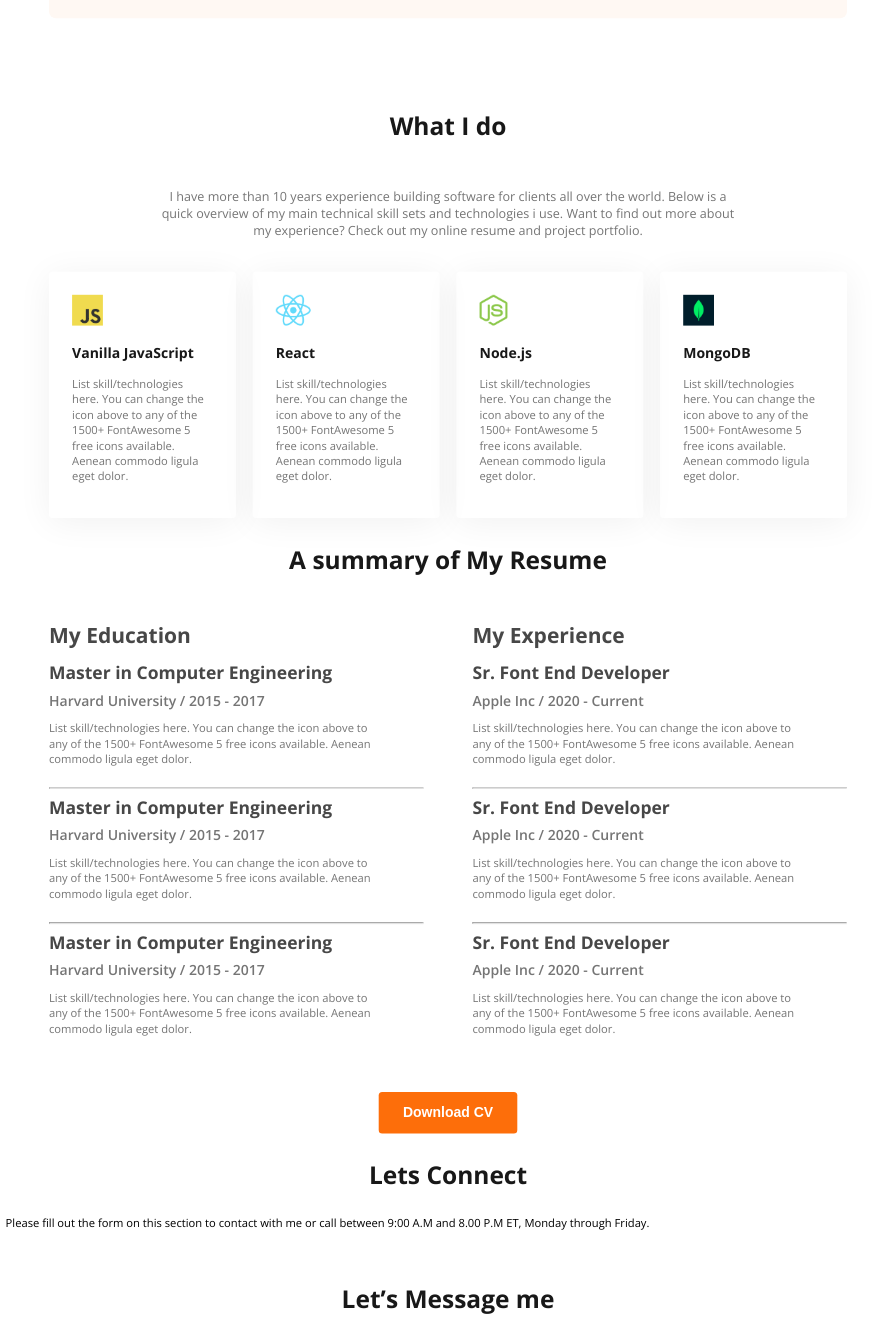
Repository: ShouravAhammed/Simple-Portfolio-Webpage
Page: index.html
An editor plug-in stored every save of this project. The page is shown before and after the next save, followed by the edit.
The browser window is 1280 px wide. The pictures show the part of the page from y = 1473 to 3393 px (the page is 3386 px tall before and 3393 px after), at 70% of full size.

Above is the page before, as saved 2024-01-06 03:40:59.

### index.html
<!DOCTYPE html>
<html lang="en">
<head>
    <meta charset="UTF-8">
    <meta name="viewport" content="width=device-width, initial-scale=1.0">
    <title>Mary</title>
    <link rel="stylesheet" href="index.css">
</head>
<body>
    <header class="header">
        <nav>
            <h3 class="nav-title">Ma<span class="text-primary">r</span>y</h3>
            <ul class="navber">
                <li><a href="">Portfolio</a></li>
                <li><a href="">Blog</a></li>
                <li><button class="btn-primary">Hire Me</button></li>
            </ul>
        </nav>
        <div class="banner">
            <div class="banner-content">
                <h3 class="banner-greeting">Hi, I  am</h3>
                <h1 class="banner-title">Mary Hardy</h1>
                <p class="banner-description">Shot what able cold new see hold.Friendly as an betrayed formerly he. Morning because as to society behaved moments.</p>
                <button class="btn-primary">Download</button>
                <button class="btn-primary">Contact</button>
            </div>
            <img class="profile-pic" src="images/hardy.png" alt="profile-pic">
        </div>
    </header>
    <main>
        <section class="about">
            <h3 class="section-title">About Me</h3>
            <p class="section-description">I, m a designer & developer with a passion for web design. I enjoy developing simple, clean and slick websites that provide real value to the end user. Thousands of clients have procured exceptional resulfs while working with me. Delivering work within time and budget which meets clients requirements in our mata.</p>
            <div class="about-info-container">
                <div class="about-info">
                    <h4 class="info-title">Name:</h4>
                    <p class="info-description">Mary Hardy</p>
                </div>
                <div class="about-info">
                    <h4 class="info-title">Email:</h4>
                    <p class="info-description">info@gmail.com</p>
                </div>
                <div class="about-info">
                    <h4 class="info-title">Date of birth:</h4>
                    <p class="info-description">11 November 1987</p>
                </div>
                <div class="about-info">
                    <h4 class="info-title">From:</h4>
                    <p class="info-description">Los Angeles, USA</p>
                </div>
            </div>
        </section>
        <!-- what i do section  -->
        <section>
            <h3 class="section-title">What I do</h3>
            <p id="what-i-do-description" class="section-description">I have more than 10 years experience building software for clients all over the world. Below is a quick overview of my main technical skill sets and technologies i use. Want to find out more about my experience? Check out my online resume and project portfolio.</p>
            <div class="skills-container">
                <div class="skills">
                    <img src="images/icons/js.png" alt="">
                    <h3 class="skills-title">Vanilla JavaScript</h3>
                    <p class="skills-description">List skill/technologies here. You can change the icon above to any of the 1500+ FontAwesome 5 free icons available. Aenean commodo ligula eget dolor.</p>
                </div>
                <div class="skills">
                    <img src="images/icons/react.png" alt="">
                    <h3 class="skills-title">React</h3>
                    <p class="skills-description">List skill/technologies here. You can change the icon above to any of the 1500+ FontAwesome 5 free icons available. Aenean commodo ligula eget dolor.</p>
                </div>
                <div class="skills">
                    <img src="images/icons/nodejs.png" alt="">
                    <h3 class="skills-title">Node.js</h3>
                    <p class="skills-description">List skill/technologies here. You can change the icon above to any of the 1500+ FontAwesome 5 free icons available. Aenean commodo ligula eget dolor.</p>
                </div>
                <div class="skills">
                    <img src="images/icons/mongo.png" alt="">
                    <h3 class="skills-title">MongoDB</h3>
                    <p class="skills-description">List skill/technologies here. You can change the icon above to any of the 1500+ FontAwesome 5 free icons available. Aenean commodo ligula eget dolor.</p>
                </div>
            </div>
        </section>
        <!-- Resume section -->
        <section>
            <h3 class="section-title">A summary of My Resume</h3>
            <div class="resume-container">
                <div class="resume-colum">
                    <h3 class="resume-column-title">My Education</h3>
                    <div class="resume-item">
                        <h3 class="resume-item-title">Master in Computer Engineering</h3>
                        <h4 class="resume-item-institute">Harvard University / 2015 - 2017</h4>
                        <p class="resume-item-description">List skill/technologies here. You can change the icon above
                            to any of the 1500+ FontAwesome 5 free icons available. Aenean commodo ligula eget dolor.</p>
                    </div>
                    <hr>
                    <div class="resume-item">
                        <h3 class="resume-item-title">Master in Computer Engineering</h3>
                        <h4 class="resume-item-institute">Harvard University / 2015 - 2017</h4>
                        <p class="resume-item-description">List skill/technologies here. You can change the icon above
                            to any of the 1500+ FontAwesome 5 free icons available. Aenean commodo ligula eget dolor.</p>
                    </div>
                    <hr>
                    <div class="resume-item">
                        <h3 class="resume-item-title">Master in Computer Engineering</h3>
                        <h4 class="resume-item-institute">Harvard University / 2015 - 2017</h4>
                        <p class="resume-item-description">List skill/technologies here. You can change the icon above
                            to any of the 1500+ FontAwesome 5 free icons available. Aenean commodo ligula eget dolor.</p>
                    </div>
                </div>
                <div class="resume-colum">
                    <h3 class="resume-column-title">My Experience</h3>
                    <div class="resume-item">
                        <h3 class="resume-item-title">Sr. Font End Developer</h3>
                        <h4 class="resume-item-institute">Apple Inc / 2020 - Current</h4>
                        <p class="resume-item-description">List skill/technologies here. You can change the icon above
                            to any of the 1500+ FontAwesome 5 free icons available. Aenean commodo ligula eget dolor.</p>
                    </div>
                    <hr>
                    <div class="resume-item">
                        <h3 class="resume-item-title">Sr. Font End Developer</h3>
                        <h4 class="resume-item-institute">Apple Inc / 2020 - Current</h4>
                        <p class="resume-item-description">List skill/technologies here. You can change the icon above
                            to any of the 1500+ FontAwesome 5 free icons available. Aenean commodo ligula eget dolor.</p>
                    </div>
                    <hr>
                    <div class="resume-item">
                        <h3 class="resume-item-title">Sr. Font End Developer</h3>
                        <h4 class="resume-item-institute">Apple Inc / 2020 - Current</h4>
                        <p class="resume-item-description">List skill/technologies here. You can change the icon above
                            to any of the 1500+ FontAwesome 5 free icons available. Aenean commodo ligula eget dolor.</p>
                    </div>
                </div>
            </div>
            <div class="download-cv">
                <button class="btn-primary">Download CV</button>
            </div>
        </section>
    </main>
    <footer>
        <div class="footer-column">
            <h3 class="section-title">Lets Connect</h3>
            <p class="footer-description">Please fill out the form on this section to contact with me or call between 9:00 A.M and 8.00 P.M ET, Monday through Friday.</p>
            <div class="social-link">
                <a href=""><img src="" alt=""></a>
                <a href=""><img src="" alt=""></a>
                <a href=""><img src="" alt=""></a>
            </div>
        </div>
        <div class="footer-column">
            <h3 class="section-title">Let’s Message me</h3>
        </div>

    </footer>
</body>
</html>

### index.css
@import url('https://fonts.googleapis.com/css2?family=Lato:ital,wght@0,100;0,300;0,400;0,700;0,900;1,100;1,300;1,400;1,700;1,900&display=swap');
@import url('https://fonts.googleapis.com/css2?family=Open+Sans:ital,wght@0,300;0,400;0,500;0,600;0,700;0,800;1,300;1,400;1,500;1,600;1,700;1,800&display=swap');
/* google fonts import */
/* *{
    margin: 0;
    padding: 0;
    outline: 0;
} */
ul, ol{
    list-style: none;
}
body{
    font-family: 'Open Sans', sans-serif;
}
.text-primary{
    color: #FD6E0A;
}
.btn-primary{
    border-radius: 5px;
    color: #fff;
    background: #FD6E0A;
    font-size: 20px;
    font-weight: 700;
    padding: 18px 35px;
    border: 0;
}

/* nav related style */
nav{
    display: flex;
    justify-content: space-between;
    align-items: center;
    margin: 0 200px;
}
.nav-title{
    color: #181818;
    font-size: 45px;
    font-weight: 800;
}
nav > ul{
    display: flex;
    align-items: center;
}
nav li{
    margin-right: 50px;
}
nav a{
    text-decoration: none;
    color: #474747;
}
/* header related style */
.header{
    background: #FFF8F3;
    background-image: url(images/header_bg.png);
    background-position: bottom right;
    background-repeat: no-repeat;
}
.banner{
    display: flex;
    justify-content: space-between;
    padding: 30px 30px 0px 150px;
    align-items: center;
}
.banner-content{
    max-width: 580px;
}
.banner .profile-pic{
    width: 500px;
}
.banner-greeting{
    color: #474747;
    font-size: 45px;
    margin-bottom: 0;
}
.banner-title{
    color: #181818;
    font-size: 85px;
    font-weight: 700;
    margin-top: 5px;
    margin-bottom: 20px;
}
.banner-description{
    color: #575757;
    font-size: 18px;
    font-weight: 400;
    margin-bottom: 20px;
}
/* main part style */
main{
    max-width: 1140px;
    margin: 0 auto;
}
/* about part style */
.about{
    border-radius: 10px;
    background: #FFF8F3;
    margin: 130px 0px;
    padding: 130px 155px;
}
.section-title{
    color: #181818;
    text-align: center;
    font-size: 35px;
    font-weight: 700;
}
.section-description{
    color: #757575;
    text-align: center;
    font-size: 18px;
    font-weight: 400;
}
.about-info-container{
    display: flex;
    justify-content: space-around;
}
.about-info{
    text-align: center;
}
.info-title{
    color:  #757575;
    text-align: center;
    font-size: 20px;
    font-weight: 400;
    margin-bottom: 0px;
}
.info-description{
    color:#474747;
    font-size: 20px;
    font-weight: 700;
    margin-top: 10px;
}
#what-i-do-description{
    padding: 30px 150px;
}
/* what i do section style */
.skills-container{
    display: flex;
    gap: 24px;
}
.skills{
    border-radius: 5px;
    box-shadow: 0px 6px 50px 0px rgba(0, 0, 0, 0.06);
    padding: 33px
}
.skills-title{
    color: #181818;
    font-size: 20px;
    font-weight: 700;
}
.skills-description{
    color:#757575;
    font-size: 16px;
    font-weight: 400;
}
/* Resume sectionpart start */
.resume-container{
    display: flex;
    gap: 70px;
}
.resume-container hr{
    background: #d1d1d1;
    height: 0.1px;
}
.resume-column-title{
    color:#474747;
    font-size: 30px;
    font-weight: 700;
    margin-bottom: 15px;
}
.resume-item-title{
    color: #474747;
    font-size: 25px;
    font-weight: 700;
    margin-top: 0px;
    margin-bottom: 10px;
}
.resume-item-institute{
    color: #757575;
    font-size: 20px;
    font-weight: 600;
    margin-top: 0px;
    margin-bottom: 15px;
}
.resume-item-description{
    color: #757575;
    font-size: 16px;
    font-weight: 400;
    margin-top: 10px;
    margin-bottom: 30px;
    padding-right: 50px;
}
.download-cv{
    text-align: center;
    margin-top: 50px;
}

After the next save:
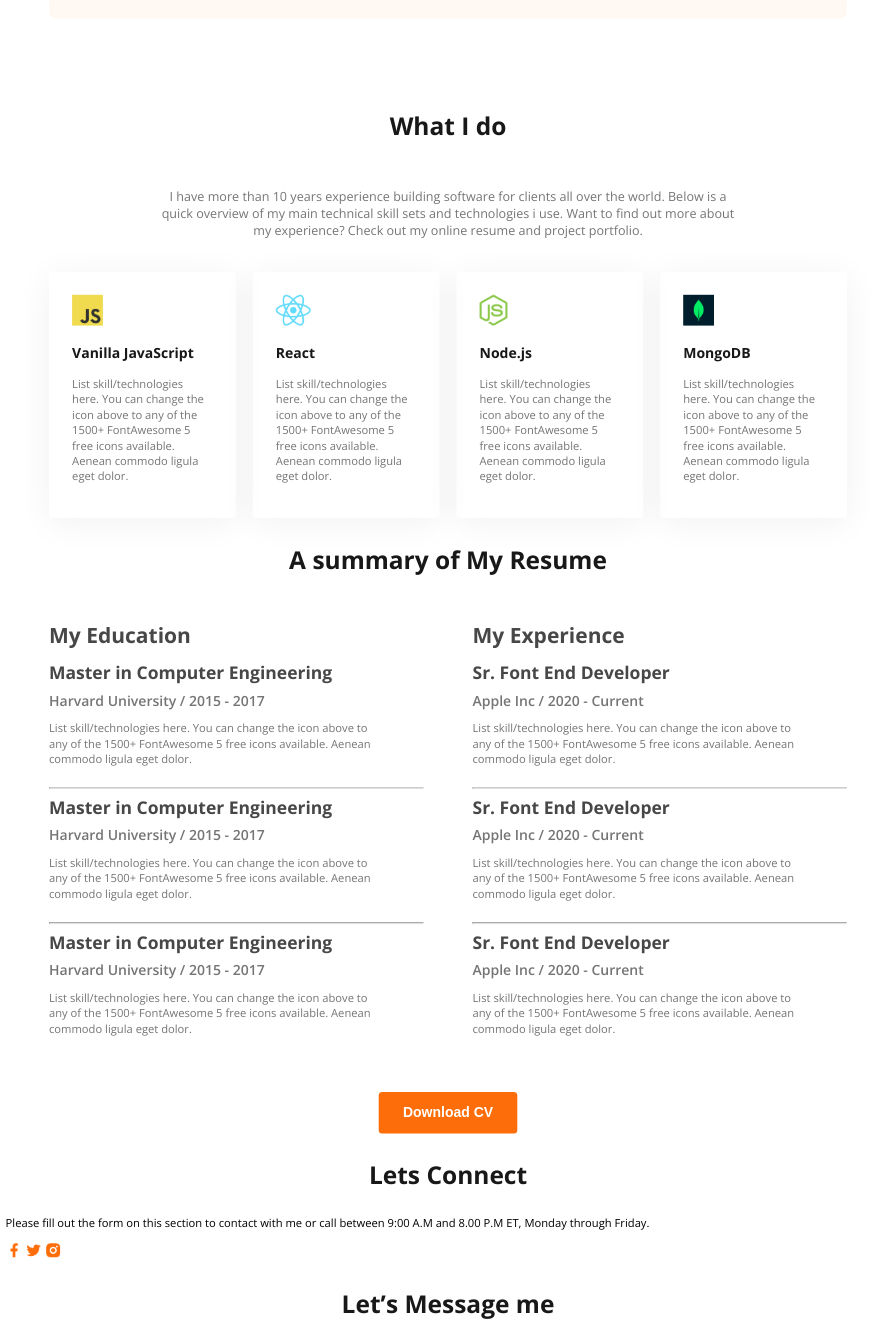
Saved 77 s later.
--- a/index.html
+++ b/index.html
@@ -138,9 +138,9 @@
             <h3 class="section-title">Lets Connect</h3>
             <p class="footer-description">Please fill out the form on this section to contact with me or call between 9:00 A.M and 8.00 P.M ET, Monday through Friday.</p>
             <div class="social-link">
-                <a href=""><img src="" alt=""></a>
-                <a href=""><img src="" alt=""></a>
-                <a href=""><img src="" alt=""></a>
+                <a href=""><img src="images/icons/facebook.png" alt="facebook"></a>
+                <a href=""><img src="images/icons/twitter.png" alt="twitter"></a>
+                <a href=""><img src="images/icons/insta.png" alt="insta"></a>
             </div>
         </div>
         <div class="footer-column">
